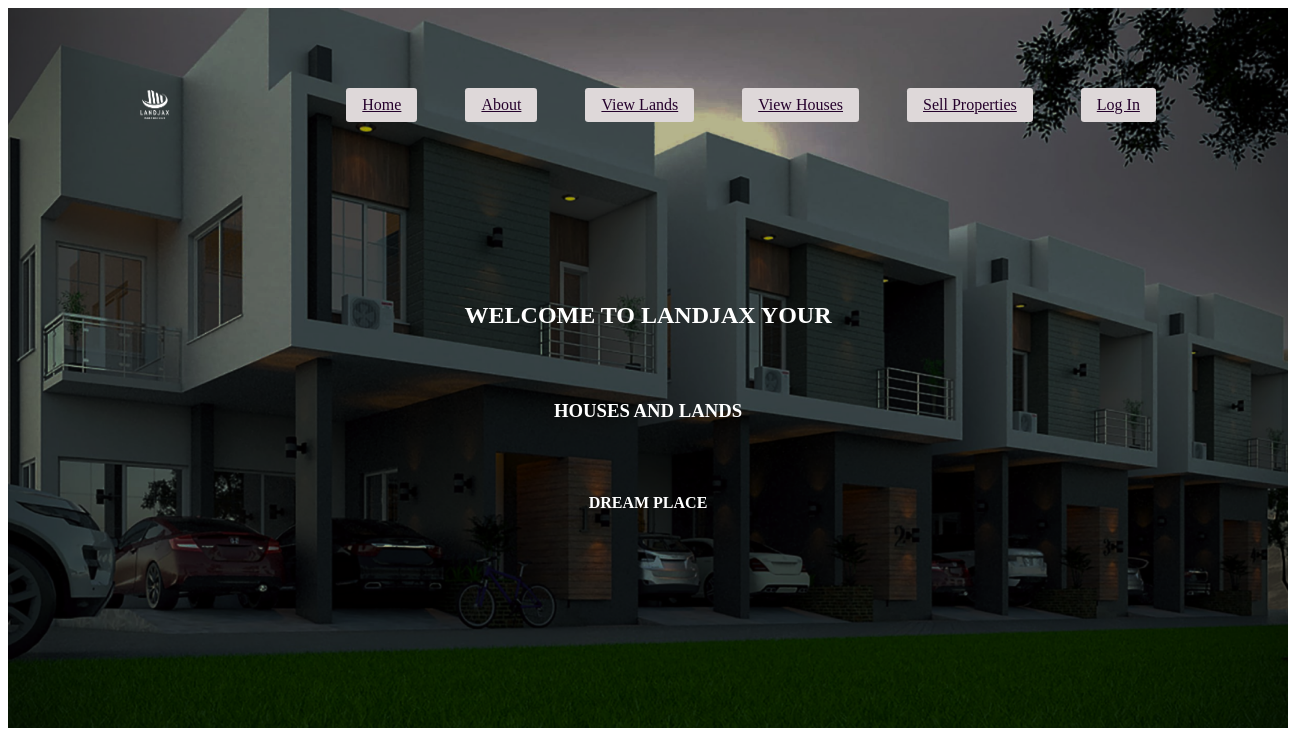
Repository: NorVirae/landjax-frontend
Page: /
An editor plug-in stored every save of this project. The page is shown before and after the next save, followed by the edit.
The browser window is 1280 px wide. The page is 1288 px wide, then 1296 px, so the pictures cover 1296 px, including what lies to the right of the window. The pictures show the whole page.
The project was rebuilt for these pictures with package versions that can differ from the ones it lists, and the page was loaded fresh each time. The framework's server and built-in components were replaced by stand-ins that run in the browser. Also part of the build but not shown: next.config.js, src/styles/Global.css.

Above is the page before, as saved 2022-07-02 14:54:11.

After the next save:
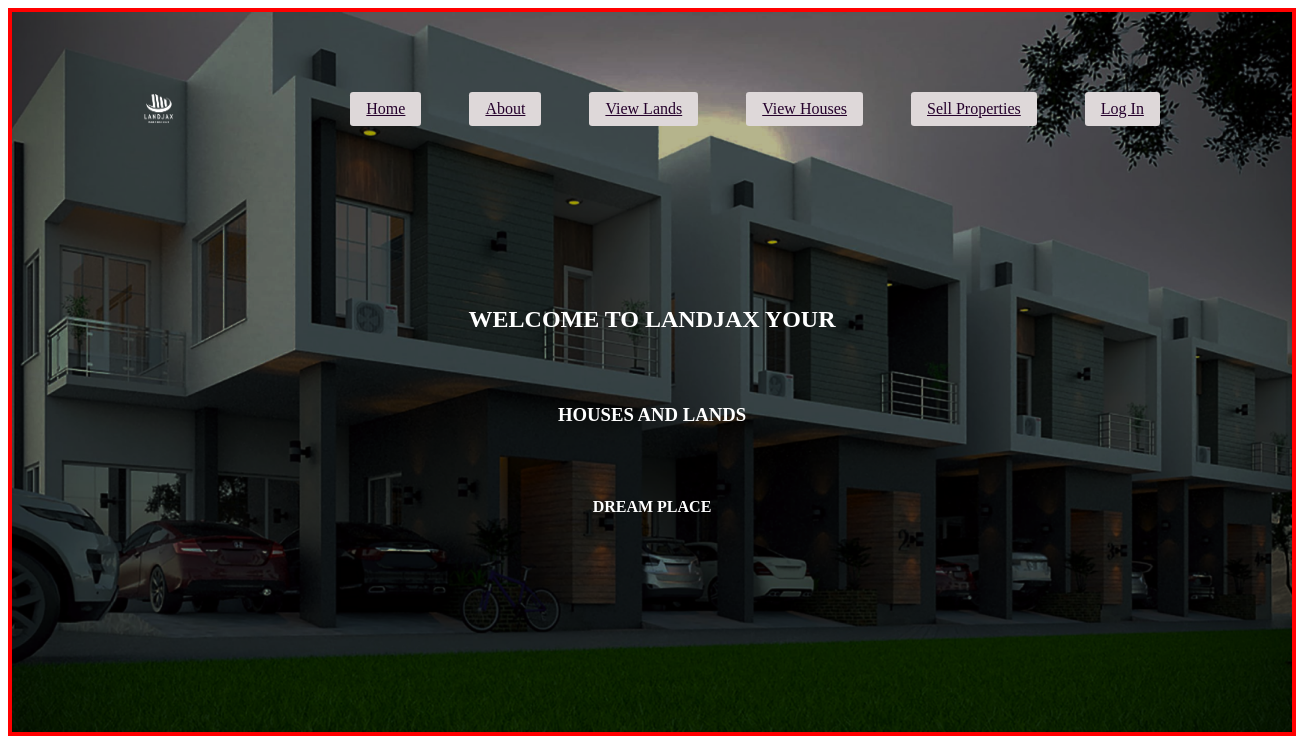
Saved 21 s later.
--- a/pages/index.tsx
+++ b/pages/index.tsx
@@ -15,7 +15,7 @@ const Home = () => {
 
 
       <main>
-        <section className='carousel__container'>
+        <section style={{border: ".3rem solid red"}} className='carousel__container'>
           <Navbar />
 
           <div className='carousel__welcome-screen'>
